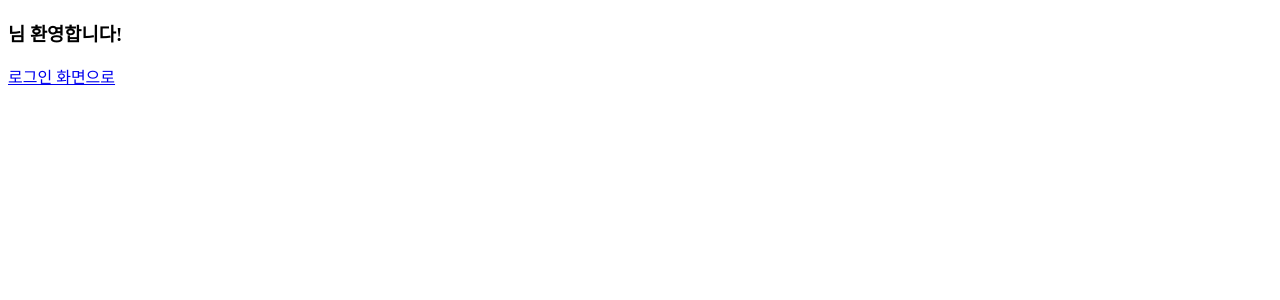
Repository: Baekdusan-baekho/jsp_practice
Page: http://localhost/JspBasic/cookie/cookie_welcome.jsp
An editor plug-in stored every save of this project. The page is shown before and after the next save, followed by the edit.
The browser window is 1280 px wide. The pictures show the whole page.
The page is served by Tomcat 9. Other server files are loaded and not shown.

Above is the page before, as saved 2023-09-12 08:12:47.

### JspBasic/src/main/webapp/cookie/cookie_welcome.jsp
<%@ page language="java" contentType="text/html; charset=UTF-8"
    pageEncoding="UTF-8"%>
<%@ taglib uri="http://java.sun.com/jsp/jstl/core" prefix="c" %>


<!DOCTYPE html>
<html>
<head>
<meta charset="UTF-8">
<title>Insert title here</title>
</head>
<body>

	<c:set var="id" value="${cookie.login_cookie.value }"/>

	<c:choose>
		<c:when test="${id == '' }">
			<%-- 애초에 로그인이 안했던지, 로그인 시간이 만료 --%>
			<h3>시간이 지나 자동 로그아웃 처리되었습니다.</h3>
		</c:when>
		<c:otherwise>
			<h3>${id }님 환영합니다!</h3>
		</c:otherwise>

	</c:choose>
	<a href="cookie_login.jsp">로그인 화면으로</a>

</body>
</html>

After the next save:
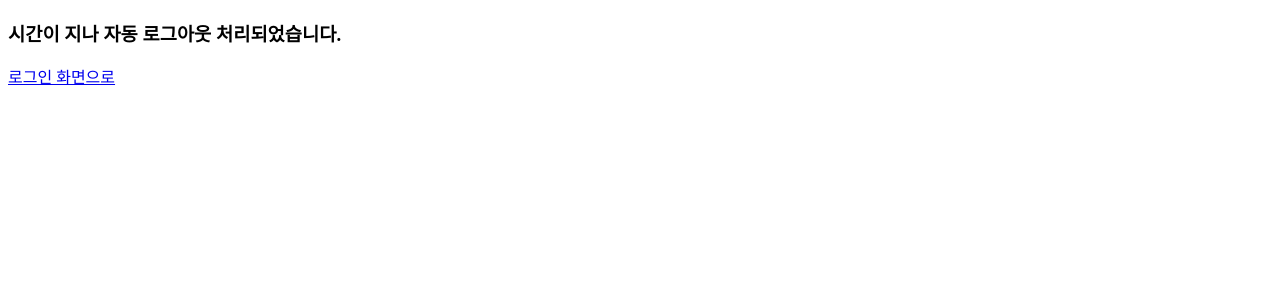
Saved 104 s later.
--- a/JspBasic/src/main/webapp/cookie/cookie_welcome.jsp
+++ b/JspBasic/src/main/webapp/cookie/cookie_welcome.jsp
@@ -14,7 +14,7 @@
 	<c:set var="id" value="${cookie.login_cookie.value }"/>
 
 	<c:choose>
-		<c:when test="${id == '' }">
+		<c:when test="${id == null }">
 			<%-- 애초에 로그인이 안했던지, 로그인 시간이 만료 --%>
 			<h3>시간이 지나 자동 로그아웃 처리되었습니다.</h3>
 		</c:when>
